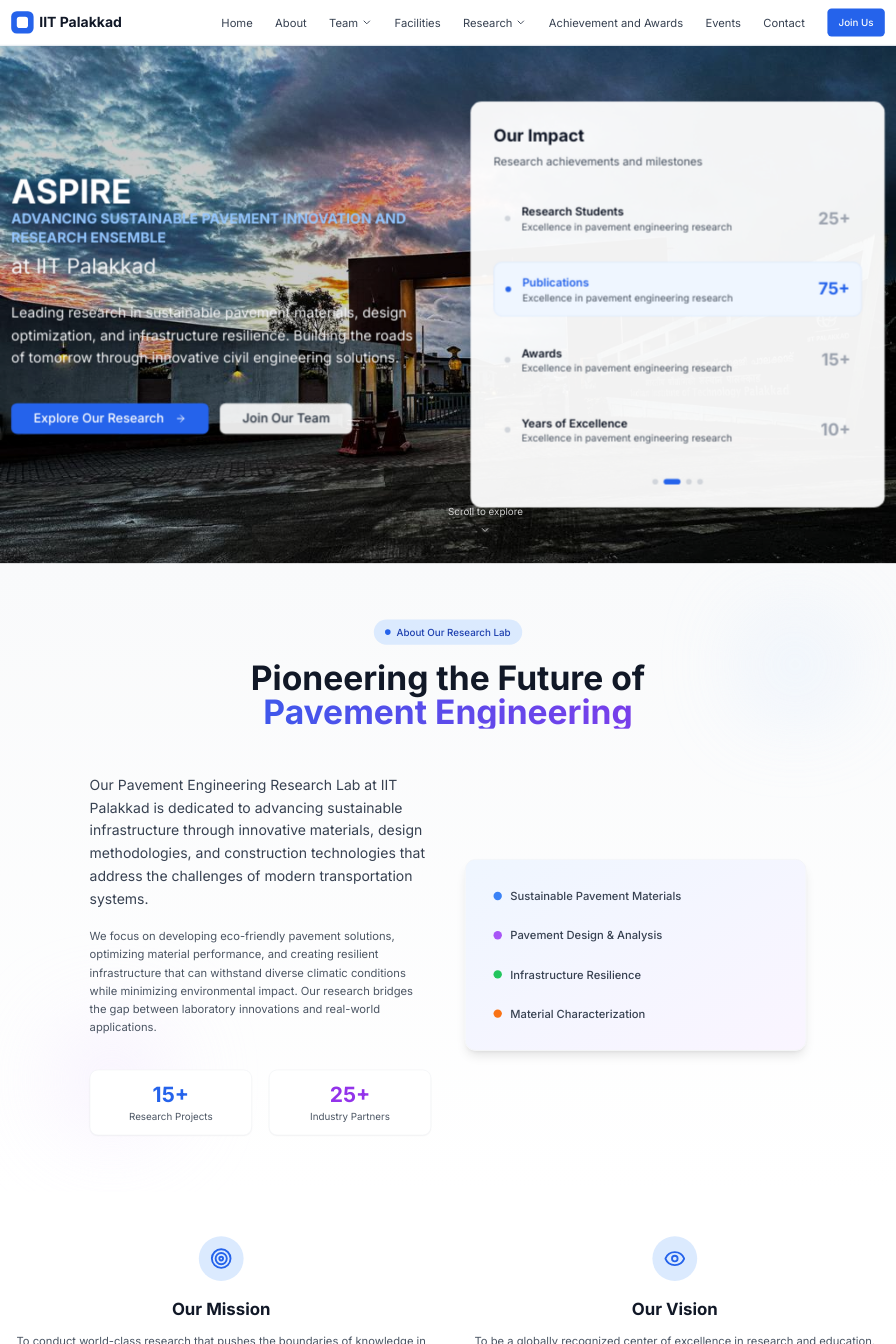
Repository: Gopikrish-30/ARISE
Page: /
These files come from the project's save history. The page is drawn as it stood at one moment and after the next save; the edit follows.
The browser window is 1280 px wide. The pictures show the part of the page from y = 0 to 1920 px (the page is 4937 px tall), at 70% of full size.
The project was rebuilt for these pictures with package versions that can differ from the ones it lists, and the page was loaded fresh each time. Some packages were replaced by stand-ins written for this rebuild. The framework's server and built-in components were replaced by stand-ins that run in the browser. Also part of the build but not shown: next.config.mjs.

Above is the page before, as saved 2025-06-29 13:22:19.

### app/layout.tsx
import type React from "react"
import type { Metadata } from "next"
import { Inter } from "next/font/google"
import "./globals.css"
import { Navbar } from "@/components/navbar"
import { Footer } from "@/components/footer"

const inter = Inter({ subsets: ["latin"] })

export const metadata: Metadata = {
  title: "IIT Palakkad - Department Showcase",
  description: "Advancing the frontiers of science and technology through innovative research at IIT Palakkad",
}

export default function RootLayout({
  children,
}: {
  children: React.ReactNode
}) {
  return (
    <html lang="en">
      <body className={inter.className}>
        <Navbar />
        <main className="min-h-screen">{children}</main>
        <Footer />
      </body>
    </html>
  )
}

### app/page.tsx
import { Hero } from "@/components/hero"
import { About } from "@/components/about"
import { MissionVision } from "@/components/mission-vision"
import { Activities } from "@/components/activities"
import { Impact } from "@/components/impact"
import { Announcements } from "@/components/announcements"
import { Recognitions } from "@/components/recognitions"

export default function HomePage() {
  return (
    <div className="bg-white">
      <Hero />
      <About />
      <MissionVision />
      <Activities />
      <Impact />
      <Announcements />
      <Recognitions />
    </div>
  )
}

### app/globals.css
@tailwind base;
@tailwind components;
@tailwind utilities;

@layer base {
  :root {
    --background: 0 0% 100%;
    --foreground: 222.2 84% 4.9%;
    --card: 0 0% 100%;
    --card-foreground: 222.2 84% 4.9%;
    --popover: 0 0% 100%;
    --popover-foreground: 222.2 84% 4.9%;
    --primary: 221.2 83.2% 53.3%;
    --primary-foreground: 210 40% 98%;
    --secondary: 210 40% 96%;
    --secondary-foreground: 222.2 84% 4.9%;
    --muted: 210 40% 96%;
    --muted-foreground: 215.4 16.3% 46.9%;
    --accent: 210 40% 96%;
    --accent-foreground: 222.2 84% 4.9%;
    --destructive: 0 84.2% 60.2%;
    --destructive-foreground: 210 40% 98%;
    --border: 214.3 31.8% 91.4%;
    --input: 214.3 31.8% 91.4%;
    --ring: 221.2 83.2% 53.3%;
    --radius: 0.5rem;
  }

  .dark {
    --background: 222.2 84% 4.9%;
    --foreground: 210 40% 98%;
    --card: 222.2 84% 4.9%;
    --card-foreground: 210 40% 98%;
    --popover: 222.2 84% 4.9%;
    --popover-foreground: 210 40% 98%;
    --primary: 217.2 91.2% 59.8%;
    --primary-foreground: 222.2 84% 4.9%;
    --secondary: 217.2 32.6% 17.5%;
    --secondary-foreground: 210 40% 98%;
    --muted: 217.2 32.6% 17.5%;
    --muted-foreground: 215 20.2% 65.1%;
    --accent: 217.2 32.6% 17.5%;
    --accent-foreground: 210 40% 98%;
    --destructive: 0 62.8% 30.6%;
    --destructive-foreground: 210 40% 98%;
    --border: 217.2 32.6% 17.5%;
    --input: 217.2 32.6% 17.5%;
    --ring: 224.3 76.3% 94.1%;
  }
}

@layer base {
  * {
    @apply border-border;
  }
  body {
    @apply bg-background text-foreground;
  }
}

@layer utilities {
  .line-clamp-3 {
    display: -webkit-box;
    -webkit-line-clamp: 3;
    -webkit-box-orient: vertical;
    overflow: hidden;
  }
}

### components/hero.tsx
"use client"

import { useState, useEffect } from "react"
import { Button } from "@/components/ui/button"
import Link from "next/link"
import { ArrowRight, Users, BookOpen, Award, TrendingUp, ChevronDown } from "lucide-react"

export function Hero() {
  const [currentStat, setCurrentStat] = useState(0)
  const [isVisible, setIsVisible] = useState(false)

  const stats = [
    { icon: Users, number: "25+", label: "Research Students" },
    { icon: BookOpen, number: "75+", label: "Publications" },
    { icon: Award, number: "15+", label: "Awards" },
    { icon: TrendingUp, number: "10+", label: "Years of Excellence" },
  ]

  useEffect(() => {
    setIsVisible(true)
    const interval = setInterval(() => {
      setCurrentStat((prev) => (prev + 1) % stats.length)
    }, 4000)
    return () => clearInterval(interval)
  }, [stats.length])

  return (
    <section className="relative min-h-screen flex items-center justify-center overflow-hidden">
      {/* Background Image - Using placeholder */}
      <div className="absolute inset-0 z-0">
        <div
          className="absolute inset-0 bg-cover bg-center bg-no-repeat"
          style={{
            backgroundImage: `url('/images/hero.jpg?height=1080&width=1920&text=IIT+Palakkad+Campus')`,
          }}
        />
        {/* Light overlay for text readability */}
        <div className="absolute inset-0 bg-black/20" />
      </div>

      {/* Content */}
      <div className="container mx-auto px-4 relative z-10">
        <div className="max-w-7xl mx-auto">
          <div className="grid lg:grid-cols-2 gap-16 items-center min-h-screen py-20">
            {/* Left Content */}
            <div className={`space-y-8 ${isVisible ? "animate-fade-in-up" : "opacity-0"}`}>
              {/* Badge */}
              {/* Removed Pavement Engineering Research badge as per request */}

              {/* Main Heading */}
              <div className="space-y-4">
  <h1 className="text-3xl md:text-4xl lg:text-5xl font-bold text-white leading-tight drop-shadow-lg">
    ASPIRE
    <span className="block text-blue-300 text-base md:text-lg lg:text-xl">
      ADVANCING SUSTAINABLE PAVEMENT INNOVATION AND RESEARCH ENSEMBLE
    </span>
    <span className="block text-xl md:text-2xl lg:text-3xl text-gray-100 font-normal mt-2">
      at IIT Palakkad
    </span>
  </h1>
</div>


              {/* Description */}
              <p className="text-xl text-gray-100 leading-relaxed max-w-2xl drop-shadow-md">
                Leading research in sustainable pavement materials, design optimization, and infrastructure resilience.
                Building the roads of tomorrow through innovative civil engineering solutions.
              </p>

              {/* CTA Buttons */}
              <div className="flex flex-col sm:flex-row gap-4 pt-4">
                <Button
                  asChild
                  size="lg"
                  className="bg-blue-600 hover:bg-blue-700 text-white px-8 py-4 text-lg font-medium rounded-lg shadow-lg hover:shadow-xl transition-all duration-200"
                >
                  <Link href="/research">
                    Explore Our Research
                    <ArrowRight className="ml-2 h-5 w-5" />
                  </Link>
                </Button>

                <Button
                  asChild
                  size="lg"
                  className="bg-white/90 backdrop-blur-sm text-gray-800 hover:bg-white px-8 py-4 text-lg font-medium rounded-lg shadow-lg hover:shadow-xl transition-all duration-200"
                >
                  <Link href="/join-us">Join Our Team</Link>
                </Button>
              </div>
            </div>

            {/* Right Content - Clean Stats Display */}
            <div className={`${isVisible ? "animate-fade-in-right" : "opacity-0"}`}>
              <div className="bg-white/95 backdrop-blur-md rounded-2xl p-8 shadow-xl border border-white/20">
                {/* Header */}
                <div className="mb-8">
                  <h3 className="text-2xl font-bold text-gray-900 mb-2">Our Impact</h3>
                  <p className="text-gray-600">Research achievements and milestones</p>
                </div>

                {/* Stats List */}
                <div className="space-y-6">
                  {stats.map((stat, index) => {
                    const Icon = stat.icon
                    const isActive = index === currentStat

                    // Define navigation paths for each stat
                    const getStatLink = (label: string) => {
                      switch (label) {
                        case "Research Students":
                          return "/team/scholars"
                        case "Publications":
                          return "/research/journals"
                        case "Awards":
                          return "/achievements"
                        case "Years of Excellence":
                          return "/about"
                        default:
                          return "/about"
                      }
                    }

                    return (
                      <Link
                        key={index}
                        href={getStatLink(stat.label)}
                        className={`flex items-center p-4 rounded-xl cursor-pointer transition-all duration-300 hover:bg-blue-50 ${
                          isActive ? "bg-blue-50 border border-blue-100" : ""
                        }`}
                        onClick={() => setCurrentStat(index)}
                      >
                        <div className="flex items-center space-x-4 flex-1">
                          <div
                            className={`w-2 h-2 rounded-full ${isActive ? "bg-blue-600" : "bg-gray-300"} transition-colors duration-300`}
                          />
                          <div className="flex-1">
                            <h4
                              className={`font-semibold ${isActive ? "text-blue-600" : "text-gray-900"} transition-colors duration-300`}
                            >
                              {stat.label}
                            </h4>
                            <p className="text-gray-600 text-sm">Excellence in pavement engineering research</p>
                          </div>
                          <div
                            className={`text-2xl font-bold ${isActive ? "text-blue-600" : "text-gray-400"} transition-colors duration-300`}
                          >
                            {stat.number}
                          </div>
                        </div>
                      </Link>
                    )
                  })}
                </div>

                {/* Active Indicator */}
                <div className="flex justify-center mt-8 space-x-2">
                  {stats.map((_, index) => (
                    <button
                      key={index}
                      onClick={() => setCurrentStat(index)}
                      className={`w-2 h-2 rounded-full transition-all duration-300 ${
                        index === currentStat ? "bg-blue-600 w-6" : "bg-gray-300 hover:bg-gray-400"
                      }`}
                    />
                  ))}
                </div>
              </div>
            </div>
          </div>

          {/* Scroll Indicator */}
          <div className="absolute bottom-8 left-1/2 transform -translate-x-1/2 text-white/80 animate-bounce">
            <div className="flex flex-col items-center space-y-2">
              <span className="text-sm drop-shadow-md">Scroll to explore</span>
              <ChevronDown className="w-4 h-4" />
            </div>
          </div>
        </div>
      </div>

      {/* Custom Styles */}
      <style jsx>{`
        @keyframes fade-in-up {
          from {
            opacity: 0;
            transform: translateY(30px);
          }
          to {
            opacity: 1;
            transform: translateY(0);
          }
        }

        @keyframes fade-in-right {
          from {
            opacity: 0;
            transform: translateX(30px);
          }
          to {
            opacity: 1;
            transform: translateX(0);
          }
        }

        .animate-fade-in-up {
          animation: fade-in-up 0.8s ease-out forwards;
        }

        .animate-fade-in-right {
          animation: fade-in-right 0.8s ease-out 0.3s forwards;
        }
      `}</style>
    </section>
  )
}

### components/mission-vision.tsx
import { Target, Eye } from "lucide-react"

export function MissionVision() {
  return (
    <section className="py-16">
      <div className="container mx-auto px-4">
        <div className="grid md:grid-cols-2 gap-12">
          <div className="text-center">
            <div className="w-16 h-16 bg-blue-100 rounded-full flex items-center justify-center mx-auto mb-6">
              <Target className="w-8 h-8 text-blue-600" />
            </div>
            <h3 className="text-2xl font-bold text-gray-900 mb-4">Our Mission</h3>
            <p className="text-gray-600 leading-relaxed">
              To conduct world-class research that pushes the boundaries of knowledge in computer science and
              engineering, while nurturing the next generation of researchers and innovators who will shape the future
              of technology.
            </p>
          </div>

          <div className="text-center">
            <div className="w-16 h-16 bg-blue-100 rounded-full flex items-center justify-center mx-auto mb-6">
              <Eye className="w-8 h-8 text-blue-600" />
            </div>
            <h3 className="text-2xl font-bold text-gray-900 mb-4">Our Vision</h3>
            <p className="text-gray-600 leading-relaxed">
              To be a globally recognized center of excellence in research and education, contributing to scientific
              advancement and technological innovation that benefits society and addresses the challenges of tomorrow.
            </p>
          </div>
        </div>
      </div>
    </section>
  )
}

### components/impact.tsx
import { Users, BookOpen, Award, TrendingUp } from "lucide-react"
import Link from "next/link"

export function Impact() {
  const stats = [
    {
      icon: Users,
      number: "25+",
      label: "Research Students",
    },
    {
      icon: BookOpen,
      number: "75+",
      label: "Publications",
    },
    {
      icon: Award,
      number: "15+",
      label: "Awards",
    },
    {
      icon: TrendingUp,
      number: "10+",
      label: "Years of Excellence",
    },
  ]

  return (
    <section className="py-16 bg-gradient-to-r from-blue-600 to-blue-800 text-white">
      <div className="container mx-auto px-4">
        <div className="text-center mb-12">
          <h2 className="text-3xl md:text-4xl font-bold mb-4">Our Impact</h2>
          <p className="text-blue-100 max-w-2xl mx-auto">Numbers that reflect our commitment to excellence</p>
        </div>

        <div className="grid md:grid-cols-4 gap-8">
          {[
            { icon: Users, number: "25+", label: "Research Students", link: "/team/scholars" },
            { icon: BookOpen, number: "75+", label: "Publications", link: "/research/journals" },
            { icon: Award, number: "15+", label: "Awards", link: "/achievements" },
            { icon: TrendingUp, number: "10+", label: "Years of Excellence", link: "/about" },
          ].map((stat, index) => (
            <Link
              key={index}
              href={stat.link}
              className="text-center group hover:scale-105 transition-transform duration-200"
            >
              <stat.icon className="w-12 h-12 mx-auto mb-4 text-blue-200 group-hover:text-white transition-colors" />
              <div className="text-4xl md:text-5xl font-bold mb-2 group-hover:text-white transition-colors">
                {stat.number}
              </div>
              <div className="text-blue-200 group-hover:text-blue-100 transition-colors">{stat.label}</div>
            </Link>
          ))}
        </div>
      </div>
    </section>
  )
}

### components/ui/button.tsx
import * as React from "react"
import { Slot } from "@radix-ui/react-slot"
import { cva, type VariantProps } from "class-variance-authority"

import { cn } from "@/lib/utils"

const buttonVariants = cva(
  "inline-flex items-center justify-center gap-2 whitespace-nowrap rounded-md text-sm font-medium ring-offset-background transition-colors focus-visible:outline-none focus-visible:ring-2 focus-visible:ring-ring focus-visible:ring-offset-2 disabled:pointer-events-none disabled:opacity-50 [&_svg]:pointer-events-none [&_svg]:size-4 [&_svg]:shrink-0",
  {
    variants: {
      variant: {
        default: "bg-primary text-primary-foreground hover:bg-primary/90",
        destructive:
          "bg-destructive text-destructive-foreground hover:bg-destructive/90",
        outline:
          "border border-input bg-background hover:bg-accent hover:text-accent-foreground",
        secondary:
          "bg-secondary text-secondary-foreground hover:bg-secondary/80",
        ghost: "hover:bg-accent hover:text-accent-foreground",
        link: "text-primary underline-offset-4 hover:underline",
      },
      size: {
        default: "h-10 px-4 py-2",
        sm: "h-9 rounded-md px-3",
        lg: "h-11 rounded-md px-8",
        icon: "h-10 w-10",
      },
    },
    defaultVariants: {
      variant: "default",
      size: "default",
    },
  }
)

export interface ButtonProps
  extends React.ButtonHTMLAttributes<HTMLButtonElement>,
    VariantProps<typeof buttonVariants> {
  asChild?: boolean
}

const Button = React.forwardRef<HTMLButtonElement, ButtonProps>(
  ({ className, variant, size, asChild = false, ...props }, ref) => {
    const Comp = asChild ? Slot : "button"
    return (
      <Comp
        className={cn(buttonVariants({ variant, size, className }))}
        ref={ref}
        {...props}
      />
    )
  }
)
Button.displayName = "Button"

export { Button, buttonVariants }

### components/ui/card.tsx
import * as React from "react"

import { cn } from "@/lib/utils"

const Card = React.forwardRef<
  HTMLDivElement,
  React.HTMLAttributes<HTMLDivElement>
>(({ className, ...props }, ref) => (
  <div
    ref={ref}
    className={cn(
      "rounded-lg border bg-card text-card-foreground shadow-sm",
      className
    )}
    {...props}
  />
))
Card.displayName = "Card"

const CardHeader = React.forwardRef<
  HTMLDivElement,
  React.HTMLAttributes<HTMLDivElement>
>(({ className, ...props }, ref) => (
  <div
    ref={ref}
    className={cn("flex flex-col space-y-1.5 p-6", className)}
    {...props}
  />
))
CardHeader.displayName = "CardHeader"

const CardTitle = React.forwardRef<
  HTMLDivElement,
  React.HTMLAttributes<HTMLDivElement>
>(({ className, ...props }, ref) => (
  <div
    ref={ref}
    className={cn(
      "text-2xl font-semibold leading-none tracking-tight",
      className
    )}
    {...props}
  />
))
CardTitle.displayName = "CardTitle"

const CardDescription = React.forwardRef<
  HTMLDivElement,
  React.HTMLAttributes<HTMLDivElement>
>(({ className, ...props }, ref) => (
  <div
    ref={ref}
    className={cn("text-sm text-muted-foreground", className)}
    {...props}
  />
))
CardDescription.displayName = "CardDescription"

const CardContent = React.forwardRef<
  HTMLDivElement,
  React.HTMLAttributes<HTMLDivElement>
>(({ className, ...props }, ref) => (
  <div ref={ref} className={cn("p-6 pt-0", className)} {...props} />
))
CardContent.displayName = "CardContent"

const CardFooter = React.forwardRef<
  HTMLDivElement,
  React.HTMLAttributes<HTMLDivElement>
>(({ className, ...props }, ref) => (
  <div
    ref={ref}
    className={cn("flex items-center p-6 pt-0", className)}
    {...props}
  />
))
CardFooter.displayName = "CardFooter"

export { Card, CardHeader, CardFooter, CardTitle, CardDescription, CardContent }

### components/ui/badge.tsx
import * as React from "react"
import { cva, type VariantProps } from "class-variance-authority"

import { cn } from "@/lib/utils"

const badgeVariants = cva(
  "inline-flex items-center rounded-full border px-2.5 py-0.5 text-xs font-semibold transition-colors focus:outline-none focus:ring-2 focus:ring-ring focus:ring-offset-2",
  {
    variants: {
      variant: {
        default:
          "border-transparent bg-primary text-primary-foreground hover:bg-primary/80",
        secondary:
          "border-transparent bg-secondary text-secondary-foreground hover:bg-secondary/80",
        destructive:
          "border-transparent bg-destructive text-destructive-foreground hover:bg-destructive/80",
        outline: "text-foreground",
      },
    },
    defaultVariants: {
      variant: "default",
    },
  }
)

export interface BadgeProps
  extends React.HTMLAttributes<HTMLDivElement>,
    VariantProps<typeof badgeVariants> {}

function Badge({ className, variant, ...props }: BadgeProps) {
  return (
    <div className={cn(badgeVariants({ variant }), className)} {...props} />
  )
}

export { Badge, badgeVariants }

Loaded but not shown: lib/utils.ts (common file); tailwind.config.ts (common file); components/ui/dropdown-menu.tsx (200 lines, source omitted); components/activities.tsx (185 lines, source omitted); components/about.tsx (109 lines, source omitted); components/navbar.tsx (127 lines, source omitted); components/footer.tsx (144 lines, source omitted); components/announcements.tsx (100 lines, source omitted); components/recognitions.tsx (94 lines, source omitted)

After the next save:
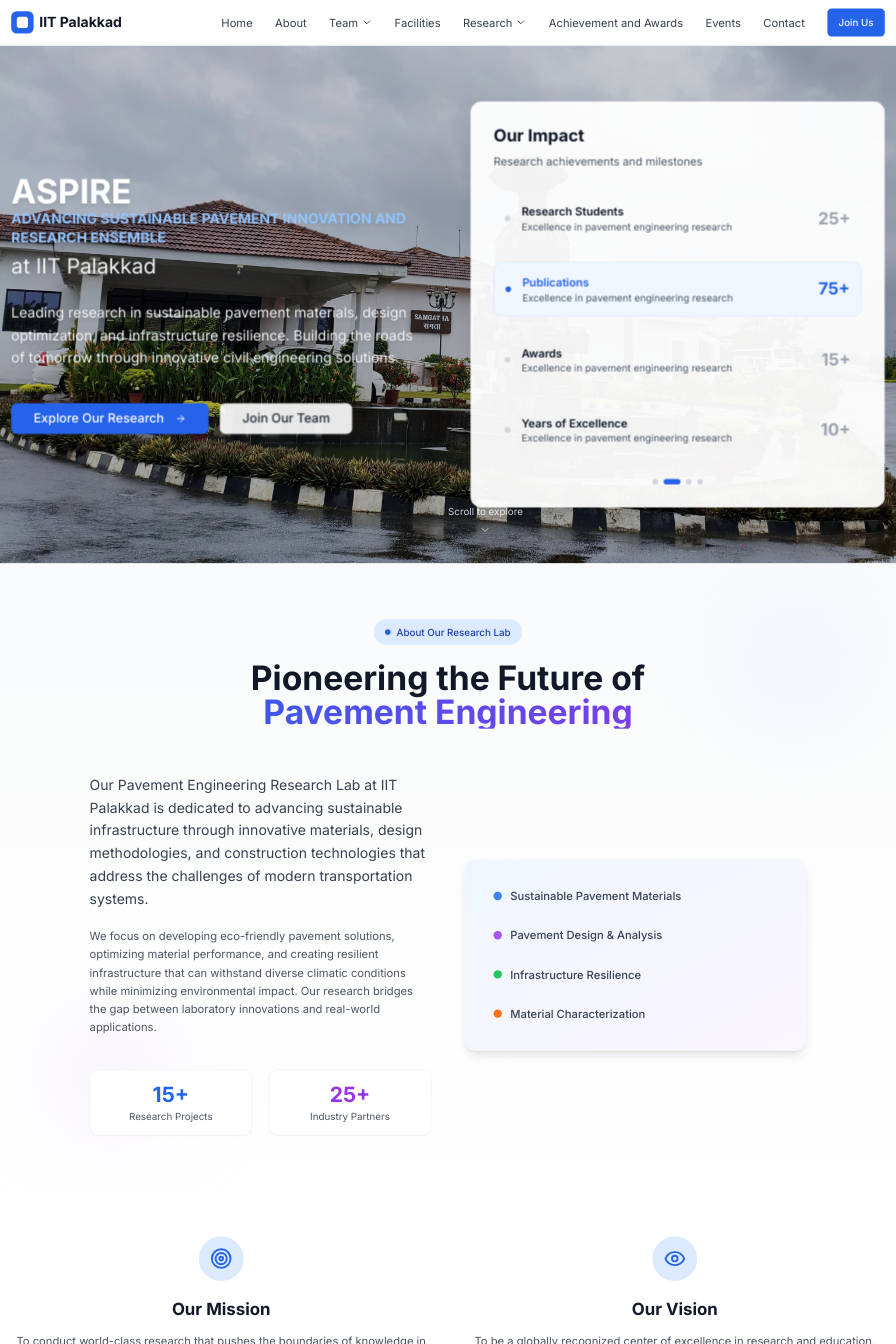
Saved 13 s later.
--- a/components/hero.tsx
+++ b/components/hero.tsx
@@ -31,7 +31,7 @@
         <div
           className="absolute inset-0 bg-cover bg-center bg-no-repeat"
           style={{
-            backgroundImage: `url('/images/hero.jpg?height=1080&width=1920&text=IIT+Palakkad+Campus')`,
+            backgroundImage: `url('/images/hero2.jpg?height=1080&width=1920&text=IIT+Palakkad+Campus')`,
           }}
         />
         {/* Light overlay for text readability */}
